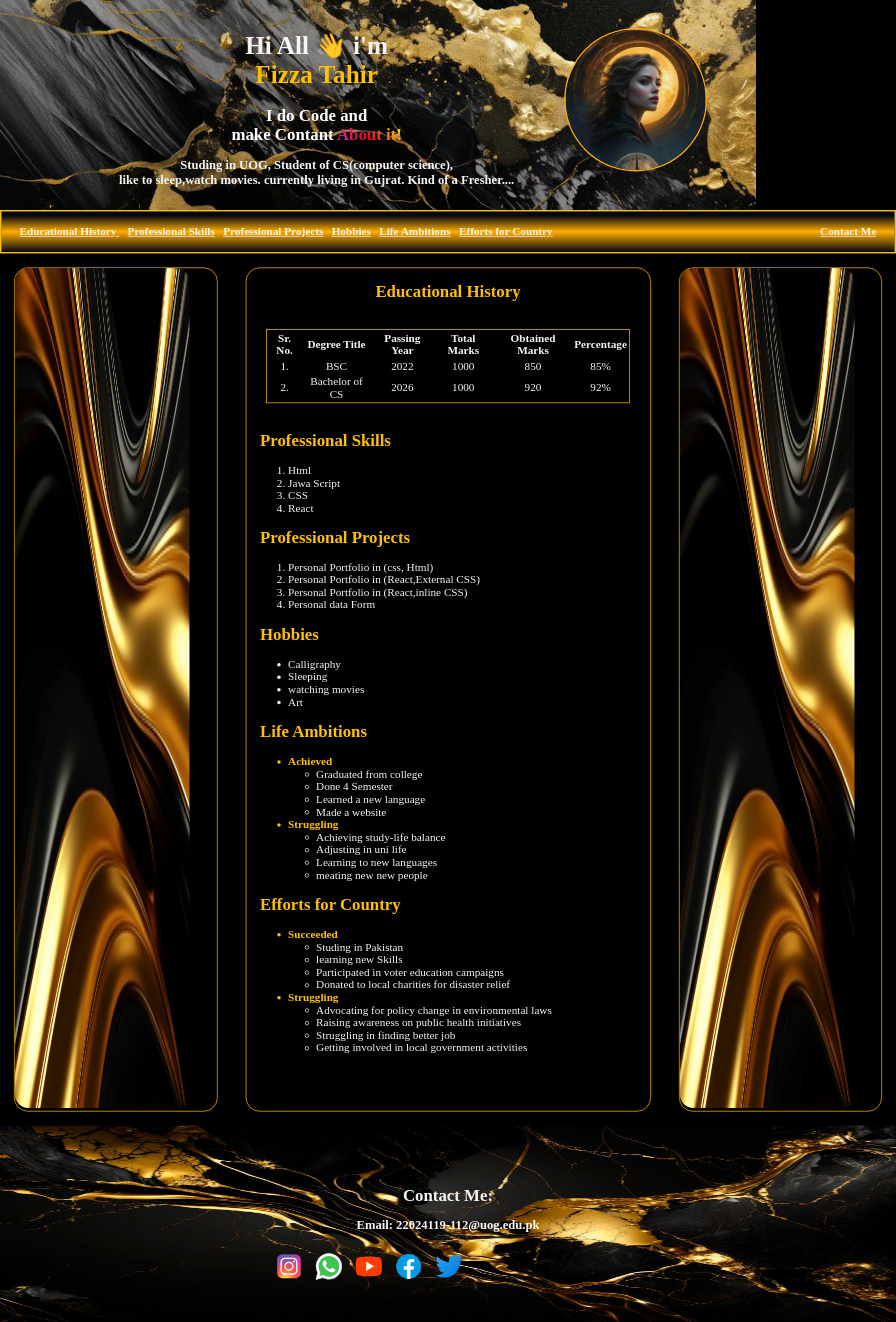
Repository: Fizza-112/project
Page: /
An editor plug-in stored every save of this project. The page is shown before and after a run of saves, followed by the edit.
The browser window is 1280 px wide. The pictures show the whole page, at 70% of full size.
The project was rebuilt for these pictures with package versions that can differ from the ones it lists, and the page was loaded fresh each time. Also part of the build but not shown: vite.config.ts.

Above is the page before, as saved 2024-09-20 14:16:14.

After the next 3 saves:
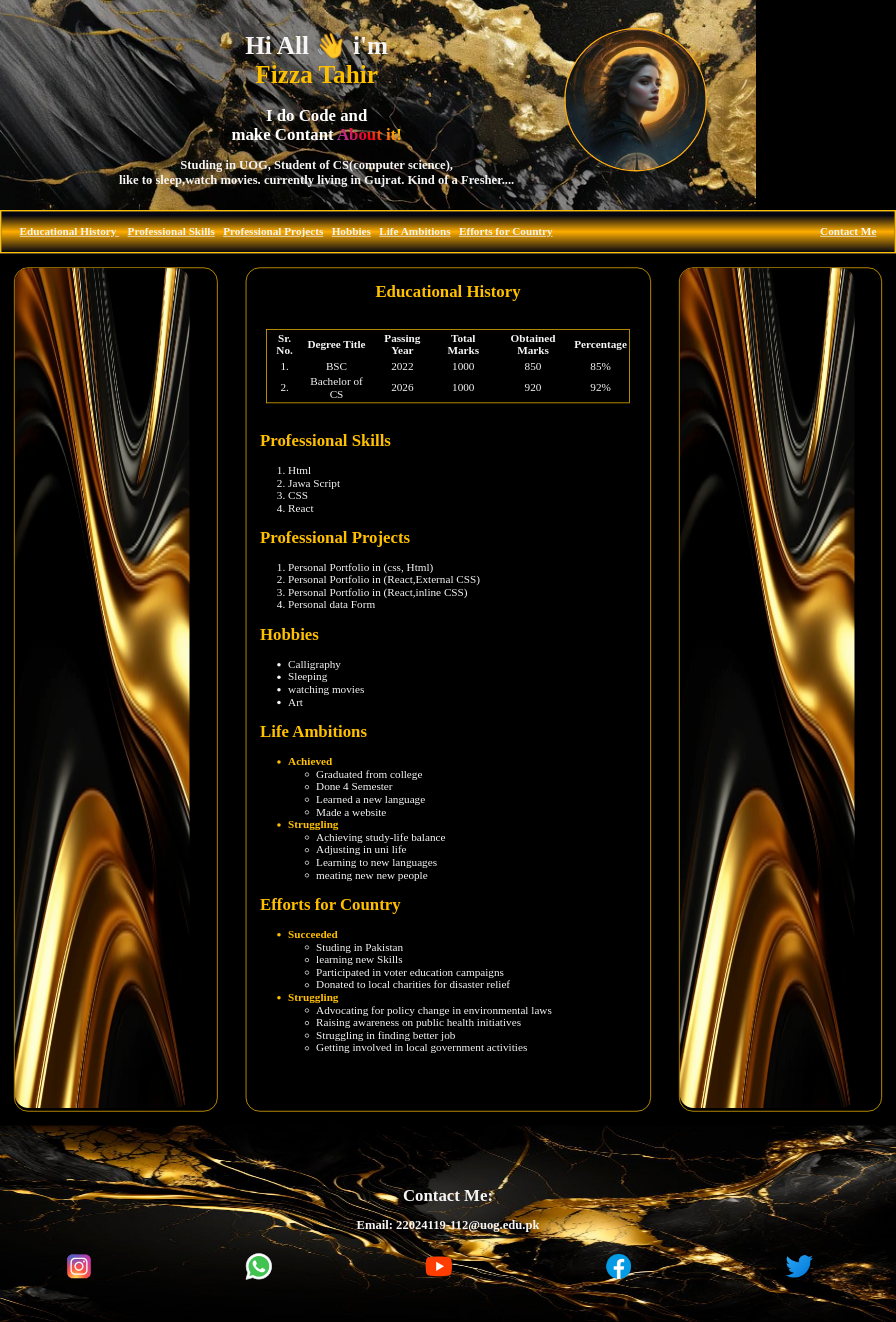
The 3 saves are shown as one change because they came seconds apart.
The last was saved 31 s later.
--- a/src/App.css
+++ b/src/App.css
@@ -288,6 +288,7 @@
 .icons{
   height: 45px;
   width:45px;
+  padding-left: 200px;
 }
 
 .social-icons:hover{

After the save that followed:
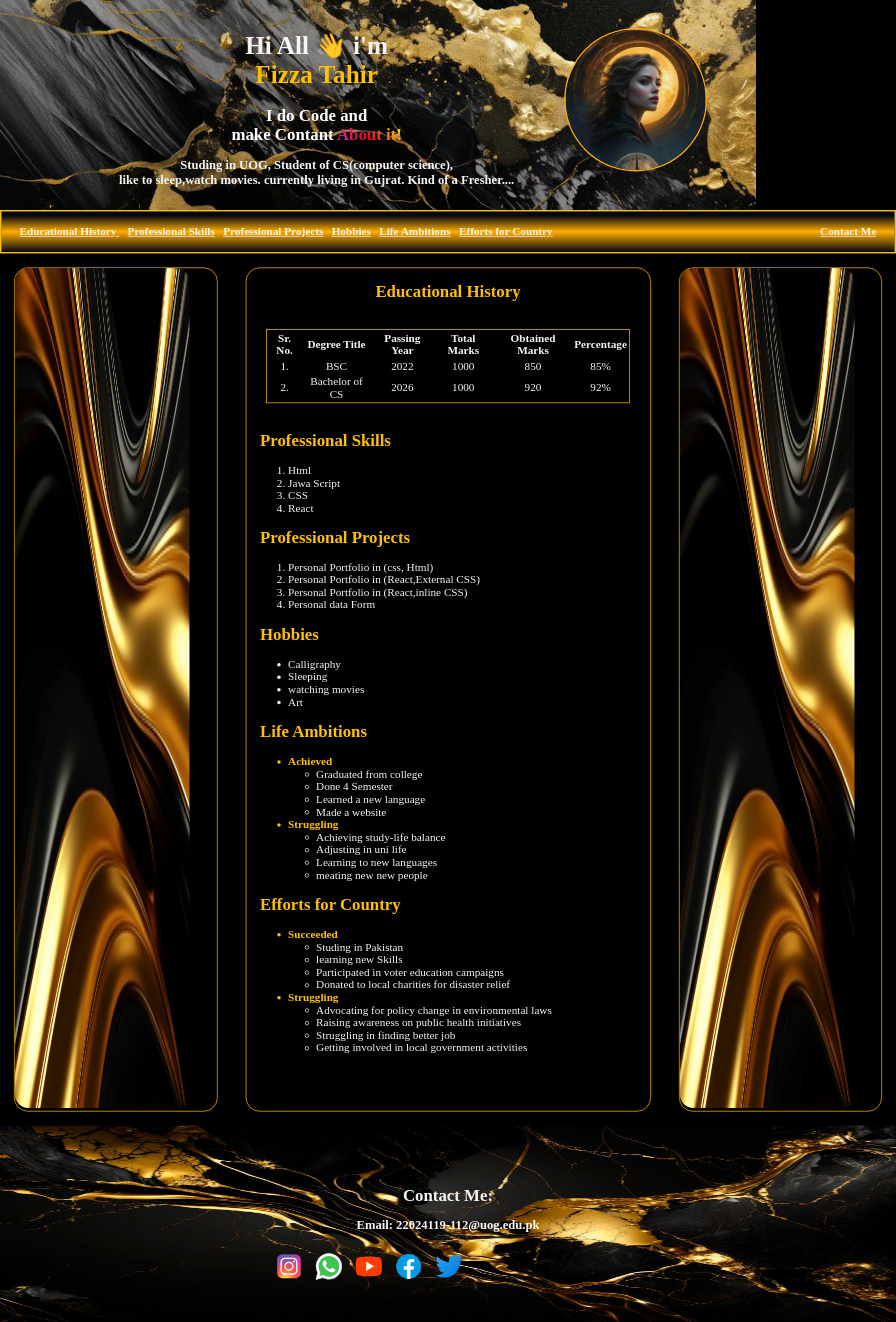
Saved 10 s later.
--- a/src/App.css
+++ b/src/App.css
@@ -288,7 +288,7 @@
 .icons{
   height: 45px;
   width:45px;
-  padding-left: 200px;
+
 }
 
 .social-icons:hover{
